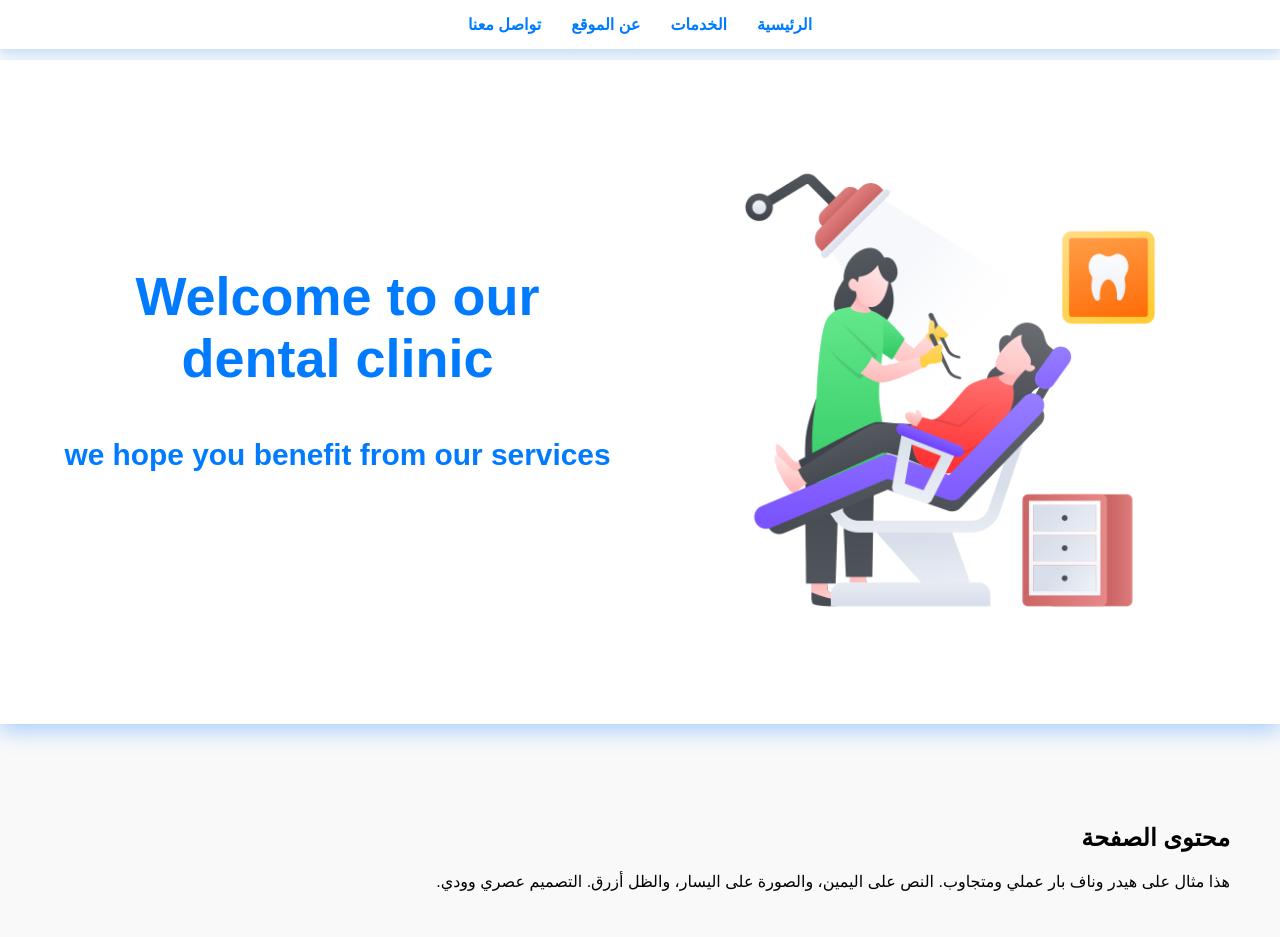
Repository: mysite4/s
Page: http://localhost/
These files come from the project's save history. The page is drawn as it stood at one moment and after the next save; the edit follows.
The browser window is 1280 px wide. The pictures show the whole page.
Some web fonts or font styles are not loaded; a fallback is used. The page is served by the project's application, run on Django 5.2 (manage.py). Other server files are loaded and not shown.

Above is the page before, as saved 2025-10-19 18:17:32.

### main/templates/home.html
{% load static %}
<!DOCTYPE html>
<html lang="ar" dir="rtl">
<head>
<meta charset="UTF-8">
<meta name="viewport" content="width=device-width, initial-scale=1.0">
<title>ناف بار متطور</title>
<link href="https://fonts.googleapis.com/css2?family=Cairo:wght@200..1000&display=swap" rel="stylesheet">
<link rel="stylesheet" href="{% static 'css/style.css' %}">
</head>
<body>

<nav>
  <ul>
    <li><a href="#">الرئيسية</a></li>
    <li><a href="#">الخدمات</a></li>
    <li><a href="#">عن الموقع</a></li>
    <li><a href="#">تواصل معنا</a></li>
  </ul>
</nav>

<header>
  <div class="header-icon">
    <img src="{% static 'image/dentistry.png' %}" alt="ريم">
  </div>
  <div class="header-text"><h2>Welcome to our dental clinic</h2> <h5>we hope you benefit from our services</h5><br></div>
</header>

<main>
  <h2>محتوى الصفحة</h2>
  <p>هذا مثال على هيدر وناف بار عملي ومتجاوب. النص على اليمين، والصورة على اليسار، والظل أزرق. التصميم عصري وودي.</p>
</main>

</body>
</html>

### mysite/urls.py
"""
URL configuration for mysite project.

The `urlpatterns` list routes URLs to views. For more information please see:
    https://docs.djangoproject.com/en/5.2/topics/http/urls/
Examples:
Function views
    1. Add an import:  from my_app import views
    2. Add a URL to urlpatterns:  path('', views.home, name='home')
Class-based views
    1. Add an import:  from other_app.views import Home
    2. Add a URL to urlpatterns:  path('', Home.as_view(), name='home')
Including another URLconf
    1. Import the include() function: from django.urls import include, path
    2. Add a URL to urlpatterns:  path('blog/', include('blog.urls'))
"""
from django.contrib import admin
from django.urls import path, include

urlpatterns = [
    path('admin/', admin.site.urls),
    path('', include('main.urls')),
]

### main/static/css/style.css
body {
  font-family: 'Cairo', sans-serif;
  margin: 0;
  padding: 0;
  background-color: #f9f9f9;
}

/* Navbar */
nav {
  width: 100%;
  background-color: #ffffff;
  box-shadow: 0 4px 8px rgba(0, 123, 255, 0.2);
  position: fixed;
  top: 0;
  z-index: 1000;
}

nav ul {
  display: flex;
  justify-content: center; /* النص في المنتصف */
  list-style: none;
  margin: 0;
  padding: 0 30px;
}

nav ul li {
  margin: 0 15px;
}

nav ul li a {
  text-decoration: none;
  color: #007bff;
  font-weight: 600;
  padding: 15px 0;
  display: inline-block;
  transition: color 0.3s, border-bottom 0.3s;
}

nav ul li a:hover {
  color: #0056b3;
  border-bottom: 3px solid #007bff;
}

/* Header */
header {
  display: flex;
  justify-content: space-between;
  align-items: center;
  padding: 80px 80px 80px 50px;
  background-color: #ffffff;
  box-shadow: 0 8px 20px rgba(0, 123, 255, 0.3);
  margin-top: 60px;
  flex-direction: row; /* النص على اليمين، الصورة على اليسار */
}

.header-text {
  max-width: 50%;
  font-size: 36px;
  font-weight: 700;
  color: #007bff;
  text-align:center ; /* النص على اليمين */
  direction: ltr;
}

.header-icon img {
  width: 500px;
  height: auto;
  border-radius: 15px;
}

main {
  padding: 30px 50px;
  margin-top: 50px;
}

@media (max-width: 992px) {
  header {
    flex-direction: column; /* يبقى عمودي للشاشات الصغيرة */
    text-align: center;
    padding: 100px 20px 50px 20px;
  }

  .header-text {
    max-width: 100%;
    margin-bottom: 20px;
    text-align: center;
  }

  .header-icon img {
    width: 80%;
  }

  nav ul {
    justify-content: center;
  }
}

Loaded but not shown: main/views.py (common file); main/urls.py (common file)

After the next save:
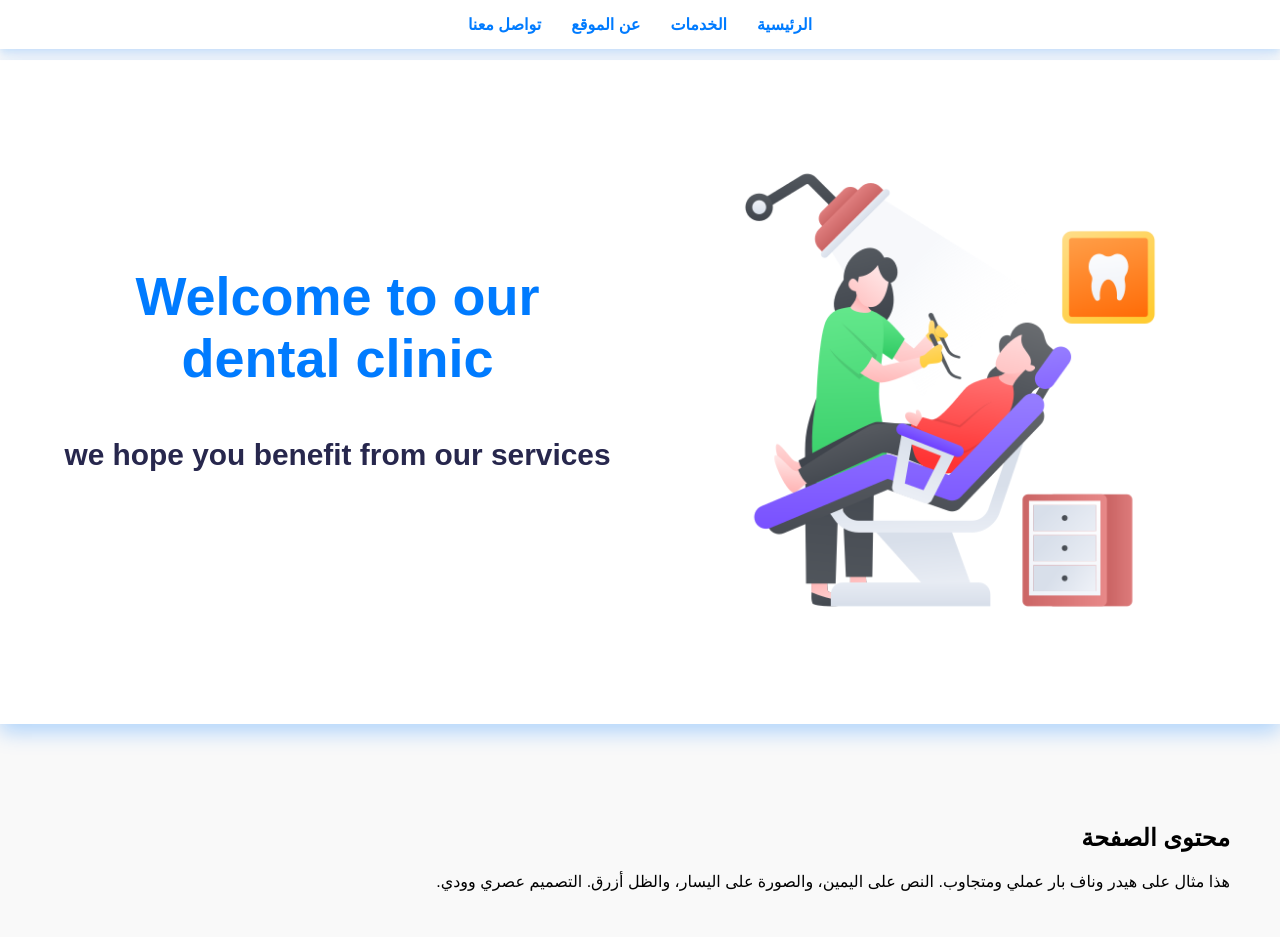
Saved 66 s later.
--- a/main/templates/home.html
+++ b/main/templates/home.html
@@ -23,7 +23,7 @@
   <div class="header-icon">
     <img src="{% static 'image/dentistry.png' %}" alt="ريم">
   </div>
-  <div class="header-text"><h2>Welcome to our dental clinic</h2> <h5>we hope you benefit from our services</h5><br></div>
+  <div class="header-text"><h2>Welcome to our dental clinic</h2> <h5 style="color: rgb(39, 39, 77);">we hope you benefit from our services</h5><br></div>
 </header>
 
 <main>
